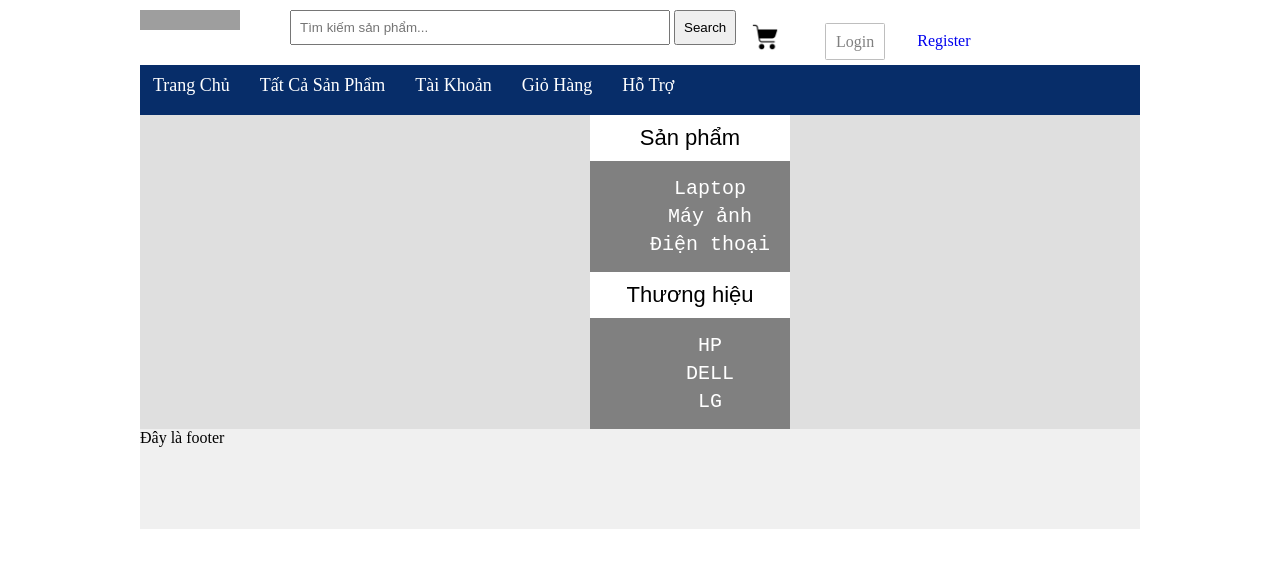
Repository: minhkhuyen1711/hpt
Page: http://localhost/website-ecommerce-php-master/index.php?action=login
These files come from the project's save history. The page is drawn as it stood at one moment and after the next save; the edit follows.
The browser window is 1280 px wide. The pictures show the whole page.
Pictures or frames that could not be fetched are drawn as grey boxes. The page is run by PHP 8.4 with error messages shown; the project is at /var/www/html/.

Above is the page before, as saved 2021-06-11 17:59:12.

After the next save:
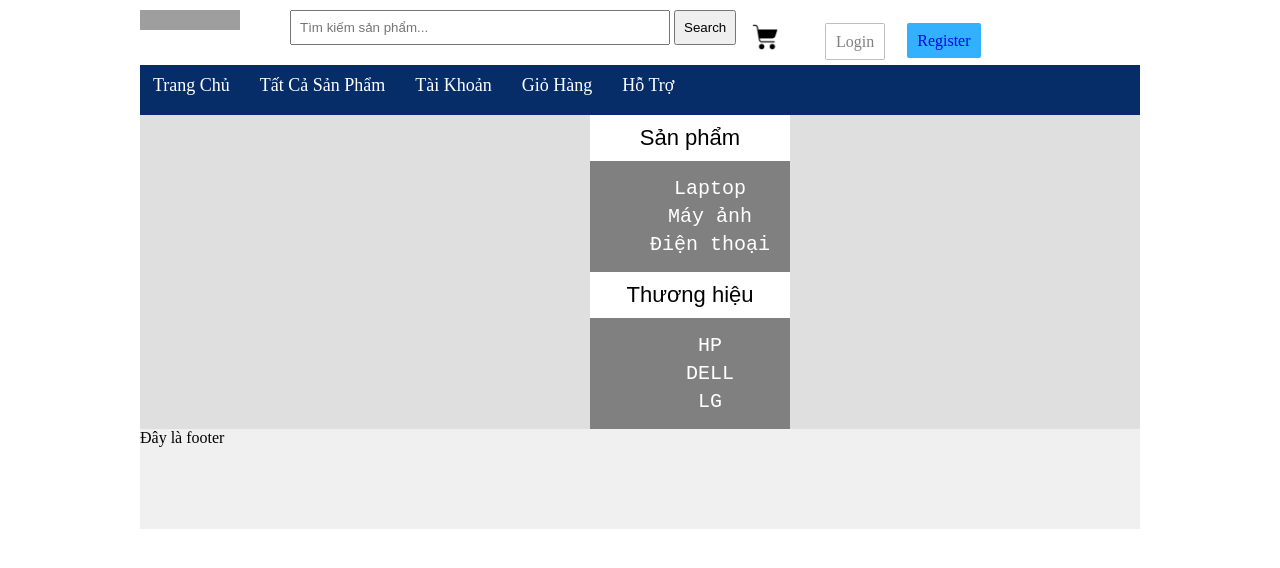
Saved 36 s later.
--- a/styles/style.css
+++ b/styles/style.css
@@ -134,6 +134,7 @@ margin-top: 10px;
     color: white;
     cursor: pointer;
     display: inline;
+    background: #33B0FF;
     border: 0.01px;
     border-radius: 2px;
 }
